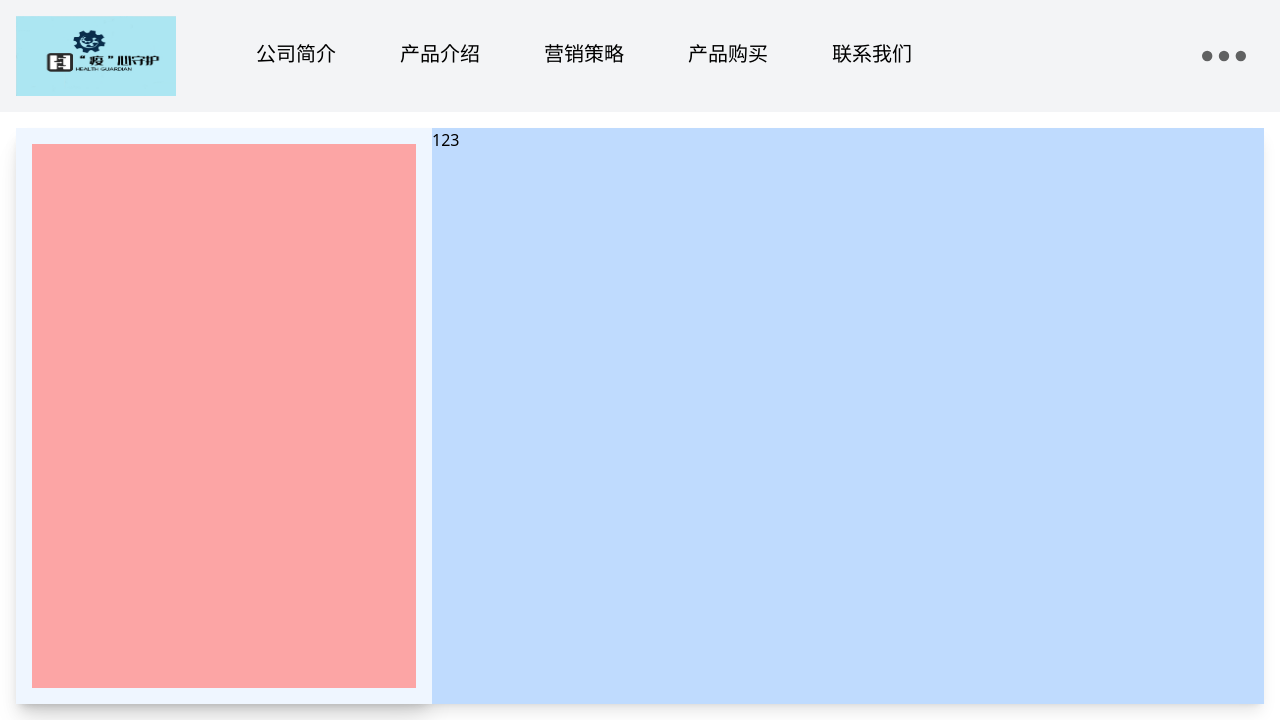
Repository: LiuRuohui/company_introduction
Page: /#/introduction
The author's editor kept a copy of each file at every save. The page is drawn from the files as they stood at one save, then again after the next save.
The browser window is 1280 px wide. The pictures show the whole page.
The project was rebuilt for these pictures with package versions that can differ from the ones it lists, and the page was loaded fresh each time. Also part of the build but not shown: vite.config.js, src/components/product.vue, src/components/purchase.vue, src/components/strategy.vue, src/components/contact.vue, src/components/public.vue.

Above is the page before, as saved 2022-05-09 23:31:19.

### index.html
<!DOCTYPE html>
<html lang="en">
  <head>
    <meta charset="UTF-8" />
    <link rel="icon" href="/favicon.ico" />
    <meta name="viewport" content="width=device-width, initial-scale=1.0" />
    <title>COMPANY_INTRODUCTION</title>
  </head>
  <body>
    <div id="app"></div>
    <script type="module" src="/src/main.js"></script>
  </body>
</html>

### src/main.js
import { createApp } from 'vue'
import "./index.css";
//引入路由器
import router from '../src/router/route.js'

import App from './App.vue'

const app = createApp(App);
app.use(router);
app.mount('#app');

### src/index.css
/* ./src/index.css */

@tailwind base;
@tailwind components;
.inputFrame {
  @apply w-full content-center text-base px-4 py-2 border-b rounded-2xl border-gray-300;
}

.inputFrame:focus {
  @apply outline-none border-indigo-500;
}

.btn {
  @apply w-full flex justify-center bg-gradient-to-r from-indigo-500 to-blue-600 text-gray-100 p-4 rounded-full tracking-wide font-semibold shadow-lg cursor-pointer transition ease-in duration-500;
}

.btn:hover {
  @apply bg-gradient-to-l from-blue-500 to-indigo-600;
}

.label {
  @apply ml-3 text-sm font-bold text-gray-700 tracking-wide;
}

@tailwind utilities;

### src/router/route.js
import { createRouter, createWebHashHistory } from "vue-router";
//引入组件
import Introduction from "../components/introduction.vue"
import Product from "../components/product.vue"
import Purchase from "../components/purchase.vue"
import Strategy from "../components/strategy.vue"
import Contact from "../components/contact.vue"

const route = [
    {
        path:'/introduction',
        component:Introduction
    },
    {
        path:'/product',
        component:Product
    },
    {
        path:'/strategy',
        component:Strategy
    },
    {
        path:'/purchase',
        component:Purchase
    },
    {
        path:'/contact',
        component:Contact
    },
]

// 创建路由对象
const router = createRouter({
    history: createWebHashHistory(),
    routes: route
  });


export default router

### src/App.vue
<script setup>
import Public from './components/public.vue';
import MainPage from './components/mainPage.vue';
// This starter template is using Vue 3 <script setup> SFCs
// Check out https://vuejs.org/api/sfc-script-setup.html#script-setup

</script>

<template>
<MainPage></MainPage>
</template>

<style>

</style>

### src/components/introduction.vue
<script setup>

</script>

<template>
<div class="w-full m-4 flex flex-row shadow-lg bg-blue-50">
    <div class="flex h-full w-1/3 shadow-xl">
        <div class="m-4 bg-red-300 w-full">

        </div>
    </div>
    <div class="flex flex-grow bg-blue-200">
123
    </div>
</div>
</template>

### src/components/mainPage.vue
<script setup></script>

<template>
    <div class="max-h-full min-h-screen w-full flex flex-col bg-white">
        <div class="w-full h-28 flex flex-row bg-gray-100">
            <div class="h-full">
                <img
                    src="/src/assets/logo.png"
                    alt="公司图标"
                    class="h-20 m-4 w-40"
                />
            </div>
            <div class="flex font-sans text-xl ml-8">
                <router-link
                    active-class="active"
                    to="/introduction"
                    class="px-8 pt-10 hover:cursor-pointer hover:bg-blue-300"
                    >公司简介</router-link
                >
                <router-link
                    active-class="active"
                    to="/product"
                    class="px-8 pt-10 hover:cursor-pointer hover:bg-blue-300"
                    >产品介绍</router-link
                >
                <router-link
                    active-class="active"
                    to="/strategy"
                    class="px-8 pt-10 hover:cursor-pointer hover:bg-blue-300"
                    >营销策略</router-link
                >
                <router-link
                    active-class="active"
                    to="/purchase"
                    class="px-8 pt-10 hover:cursor-pointer hover:bg-blue-300"
                    >产品购买</router-link
                >
                <router-link
                    active-class="active"
                    to="/contact"
                    class="px-8 pt-10 hover:cursor-pointer hover:bg-blue-300"
                    >联系我们</router-link
                >
            </div>
            <div class="flex flex-grow flex-row-reverse">
                <img
                    src="/src/assets/more.svg"
                    alt="更多"
                    class="w-16 h-16 opacity-60 mt-6 mr-6 hover:cursor-pointer"
                />
            </div>
        </div>
        <div class="w-full flex flex-grow">
            <router-view></router-view>
        </div>
    </div>
</template>

<style></style>

### tailwind.config.js
module.exports = {
  content: [
      "./index.html",
      "./src/**/*.{vue,js,ts,jsx,tsx}",
  ],
  theme: {
      extend: {},
  },
  plugins: [],
}

After the next save:
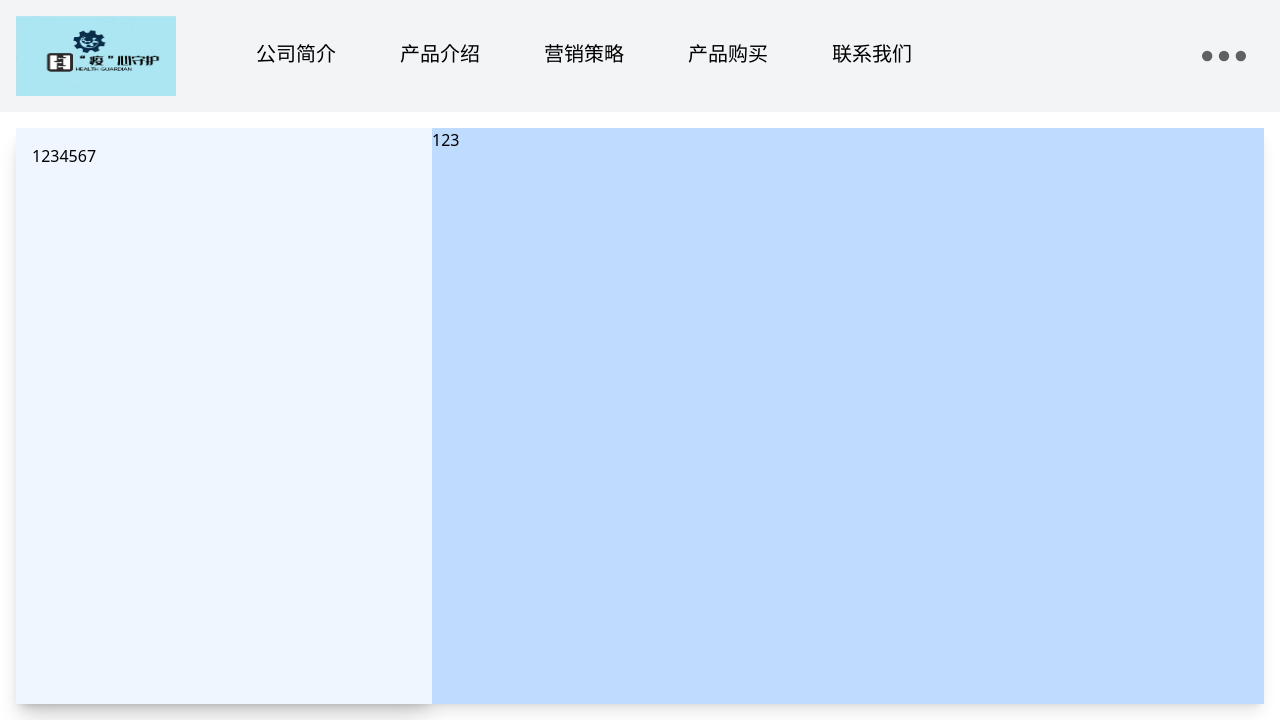
Saved 17 s later.
--- a/src/components/introduction.vue
+++ b/src/components/introduction.vue
@@ -5,8 +5,8 @@
 <template>
 <div class="w-full m-4 flex flex-row shadow-lg bg-blue-50">
     <div class="flex h-full w-1/3 shadow-xl">
-        <div class="m-4 bg-red-300 w-full">
-
+        <div class="m-4 w-full">
+            1234567
         </div>
     </div>
     <div class="flex flex-grow bg-blue-200">
